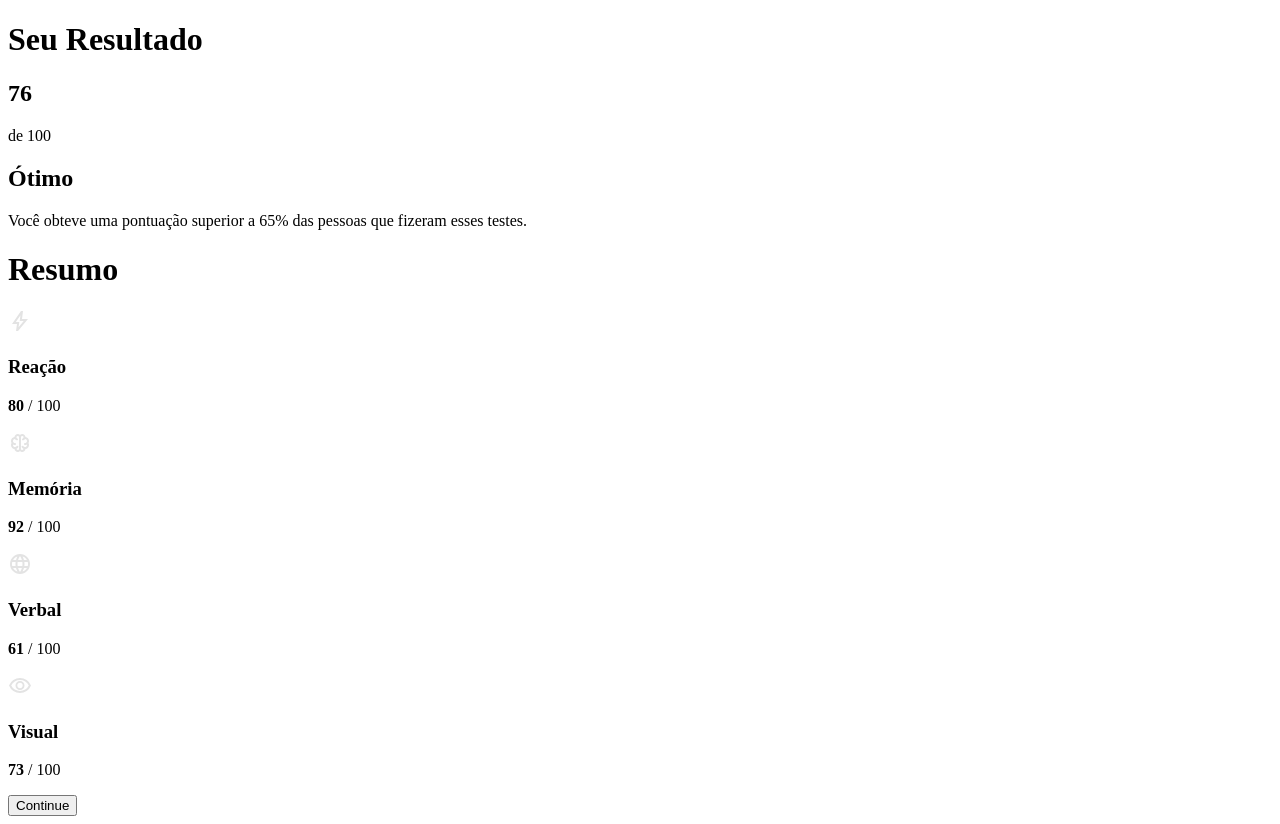
Repository: caique2512/resumo-de-resultados
Page: index.html
These files come from the project's save history. The page is drawn as it stood at one moment and after a run of saves; the edit follows.
The browser window is 1280 px wide. The pictures show the whole page.

Above is the page before, as saved 2026-03-04 22:30:20.

### index.html
<!DOCTYPE html>
<html lang="pt-br">
<head>
    <meta charset="UTF-8">
    <meta name="viewport" content="width=device-width, initial-scale=1.0">
    <title>Resumo de Resultados</title>
</head>
<body>
    <main class="conteudo">
        <div class="principal">
            <h1>Seu Resultado</h1>
            <div class="circulo">
                <h2 class="titulo">76</h2>
                <p>de 100</p>
            </div>
            <h2>Ótimo</h2>
            <p class="subtitle">Você obteve uma pontuação superior a 65% das pessoas que fizeram esses testes.</p>
        </div>
        <div>
            <h1 class="titulo1">Resumo</h1>
            <div class="classes">
                <div class="resumo1">
                    <img src="./src/images/raio.svg" alt="Raio">
                    <h3>Reação</h3>
                    <p><strong>80</strong> / 100</p>
                </div>
                <div class="resumo2">
                    <img src="./src/images/memoria.svg" alt="Memória">
                    <h3>Memória</h3>
                    <p><strong>92</strong> / 100</p>
                </div>
                <div class="resumo3">
                    <img src="./src/images/mensagem.svg" alt="Mensagem">
                    <h3>Verbal</h3>
                    <p><strong>61</strong> / 100</p>
                </div>
                <div>
                    <img src="./src/images/olho.svg" alt="olho">
                    <h3>Visual</h3>
                    <p><strong>73</strong> / 100</p>
                </div>
            </div>
            <button class="btn-resumo">Continue</button>
        </div>
    </main>
</body>
</html>

After the next 2 saves:
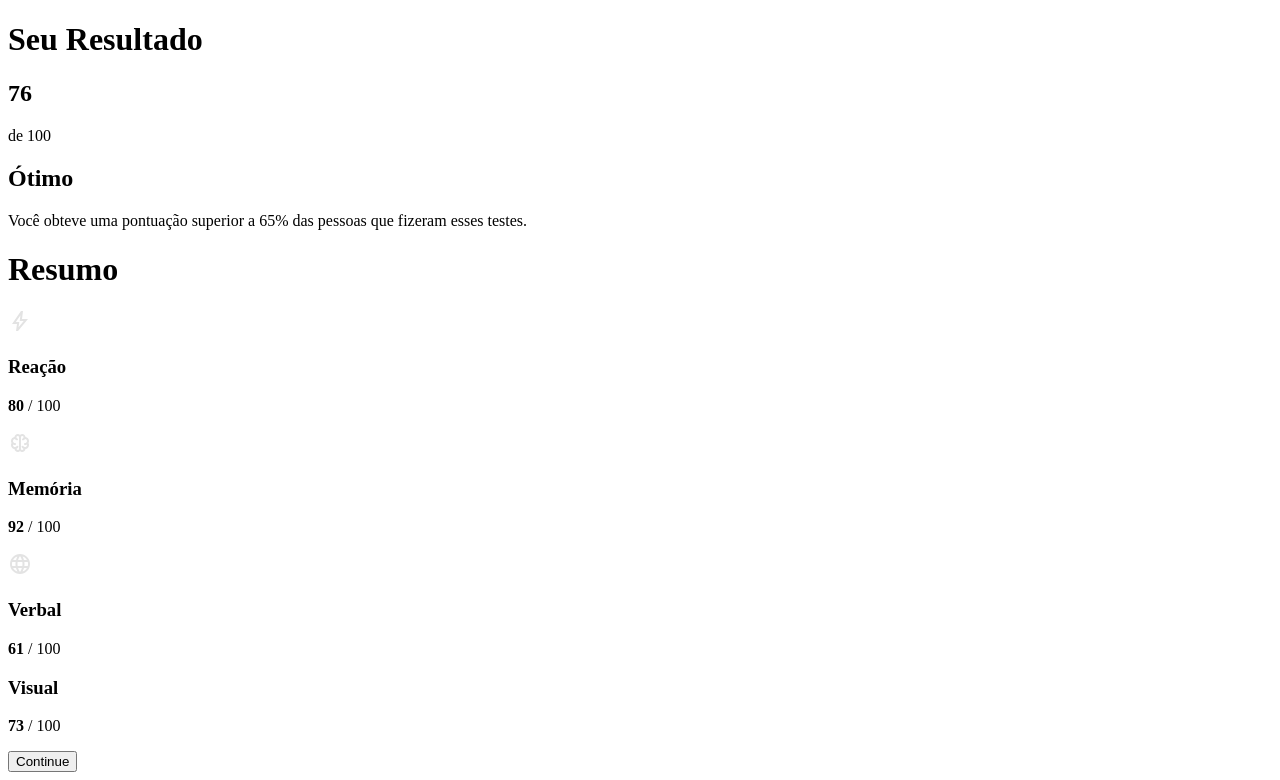
The 2 saves are shown as one change because they came seconds apart.
The last was saved 6 s later.
--- a/index.html
+++ b/index.html
@@ -34,7 +34,7 @@
                     <h3>Verbal</h3>
                     <p><strong>61</strong> / 100</p>
                 </div>
-                <div>
+                <div class=""
                     <img src="./src/images/olho.svg" alt="olho">
                     <h3>Visual</h3>
                     <p><strong>73</strong> / 100</p>

After the 3 saves that followed:
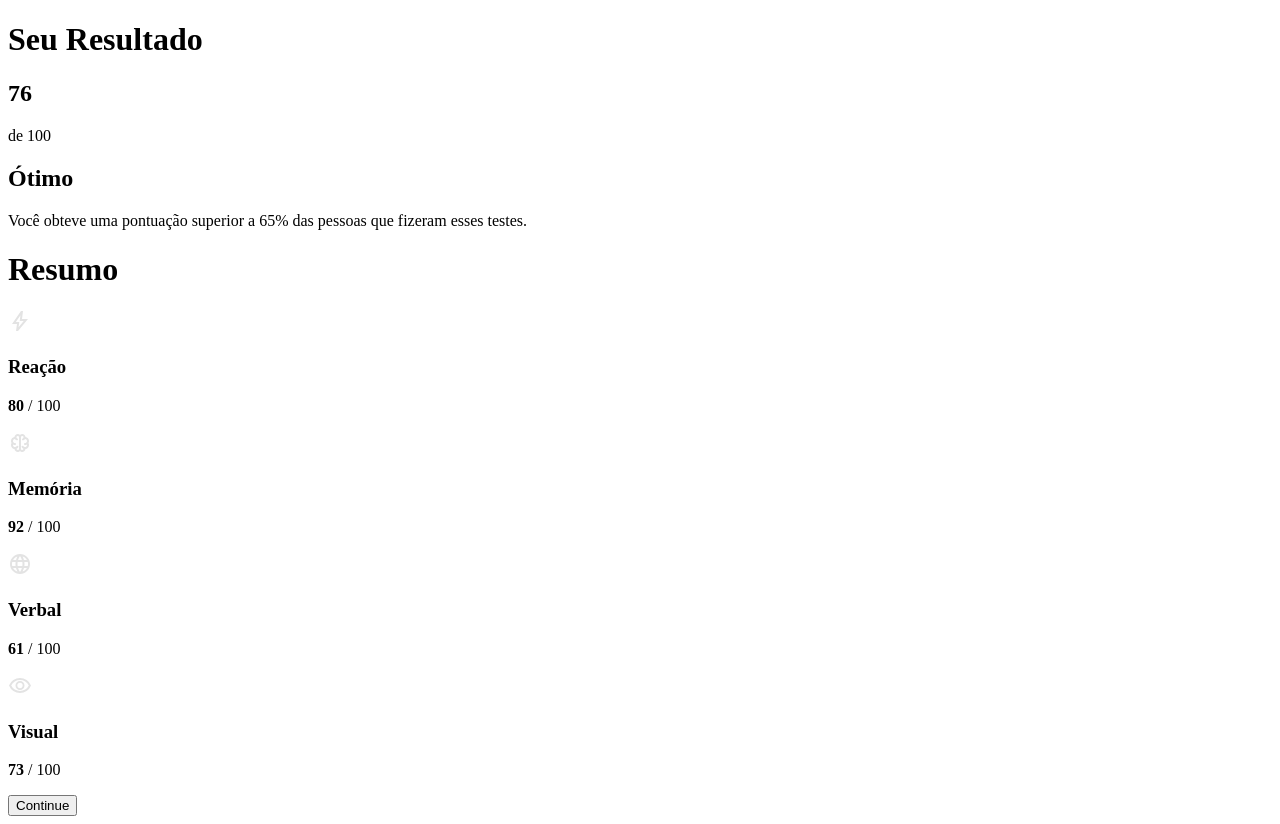
The 3 saves are shown as one change because they came seconds apart.
The last was saved 10 s later.
--- a/index.html
+++ b/index.html
@@ -34,7 +34,7 @@
                     <h3>Verbal</h3>
                     <p><strong>61</strong> / 100</p>
                 </div>
-                <div class=""
+                <div class="resumo4">
                     <img src="./src/images/olho.svg" alt="olho">
                     <h3>Visual</h3>
                     <p><strong>73</strong> / 100</p>
